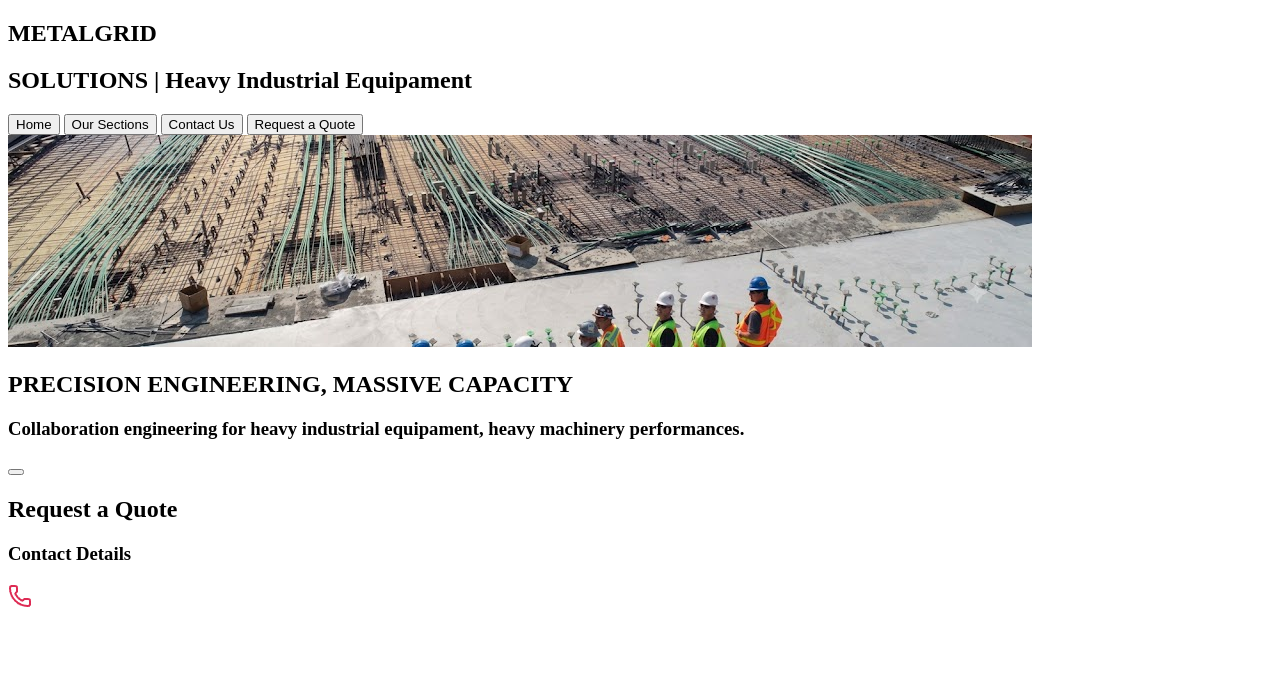
Repository: MiguelSebastiana/AtividadesFrontEnd
Page: aulaDia12Junho/index.html
An editor plug-in stored every save of this project. The page is shown before and after a run of saves, followed by the edit.
The browser window is 1280 px wide. The pictures show the whole page.

Above is the page before, as saved 2026-06-12 19:13:53.

### aulaDia12Junho/index.html
<!DOCTYPE html>
<html lang="pt-br">
<head>
    <meta charset="UTF-8">
    <meta name="viewport" content="width=device-width, initial-scale=1.0">
    <title>Document</title>
    <link rel="stylesheet" href="style.css">
</head>
<body>

    <header>

        <nav class="topBar">
            <h1 class="titleNav">METALGRID</h1>
            <h2 class="subTitNav">SOLUTIONS | Heavy Industrial Equipament</h2>
            <div class="buttonsNav">
                <button class="button">Home</button>
                <button class="button">Our Sections</button>
                <button class="button">Contact Us</button>
                <button class="buttonColorido">Request a Quote</button>
            </div>
        </nav>

    </header>

    <main>

        <div>
            <img class="imagemFundo" src="adwadawdadawda.jpg" alt="Imagem de fundo">
        </div>

        <section class="quadroImagemFundo">

            <h1 class="titleQuadroImagemFundo">PRECISION ENGINEERING, MASSIVE CAPACITY</h1>
            <h3 class="textoQuadroImagemFundo">Collaboration engineering for heavy industrial equipament,
                heavy machinery performances.
            </h3>
            <button class="buttonQuadroImagemFundo"></button>

        </section>

        <article class="quadroMeio">

            <h2>Request a Quote</h2>

            <div class="linha"></div>

            <h3 class="contact">Contact Details</h3>

            <div class="iconeTexto">
                <img class="telefone" src="phone (2).png" alt="Telefone">
                <h3 class="numero"></h3>
            </div>


        </article>
    </main>

</body>
</html>

Loaded but not shown: aulaDia12Junho/style.css (no copy from this time; the picture is the same without it)

After the next 3 saves:
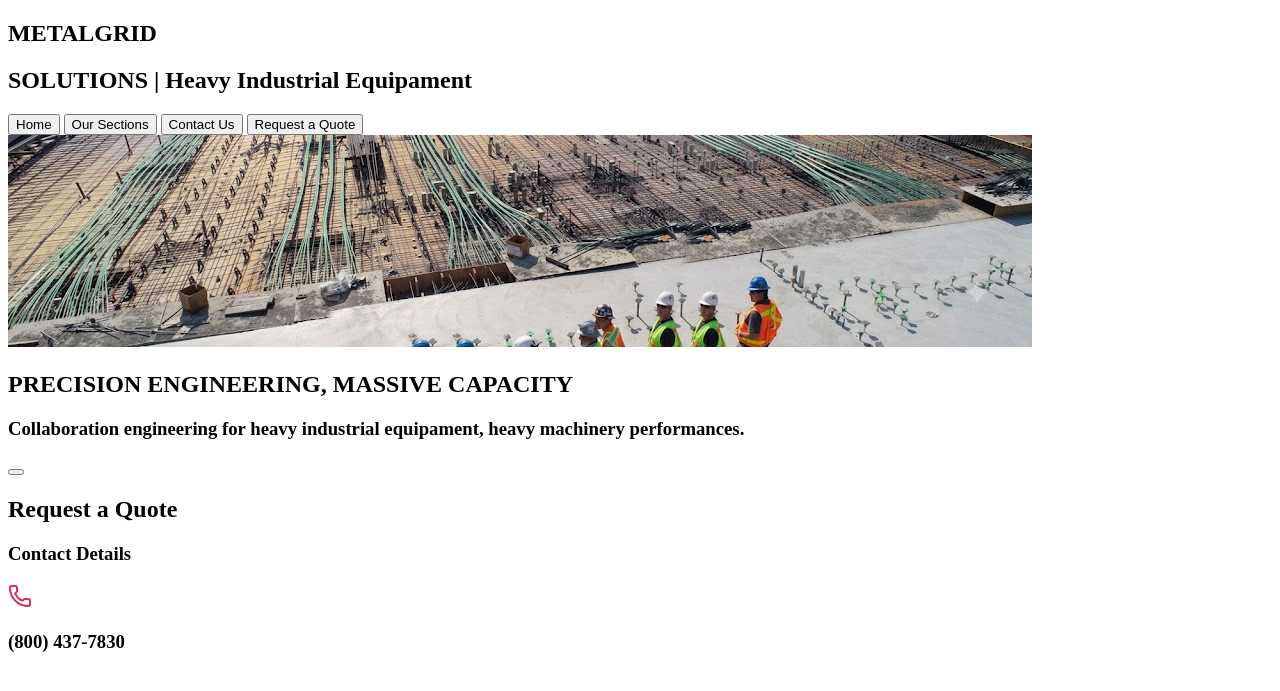
The 3 saves are shown as one change because they came seconds apart.
The last was saved 10 s later.
--- a/aulaDia12Junho/index.html
+++ b/aulaDia12Junho/index.html
@@ -49,7 +49,7 @@
 
             <div class="iconeTexto">
                 <img class="telefone" src="phone (2).png" alt="Telefone">
-                <h3 class="numero"></h3>
+                <h3 class="numero">(800) 437-7830</h3>
             </div>
 
 
